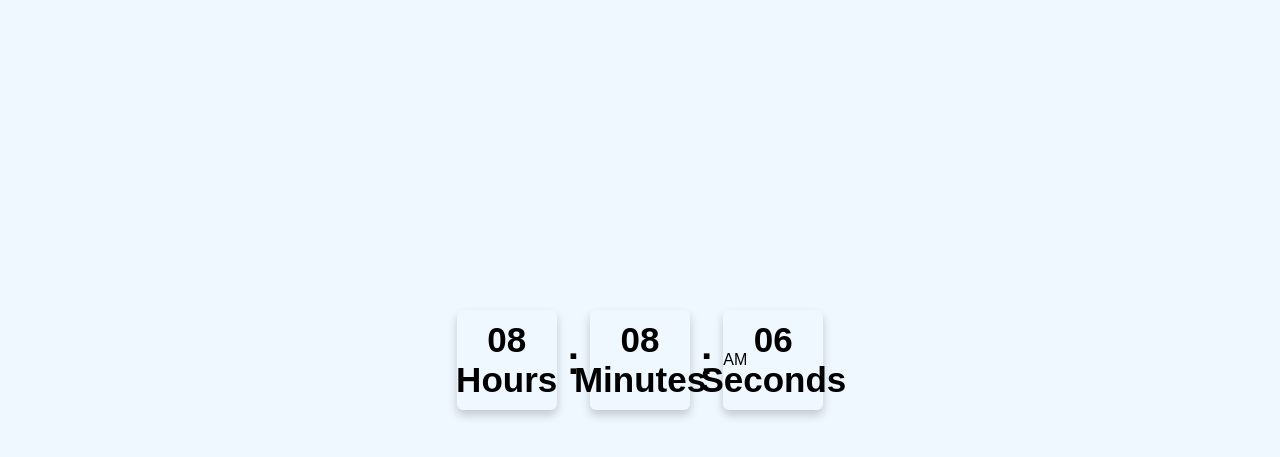
Repository: HueVu99/ComPonents
Page: Dynamic Digital Clock/index.html
These files come from the project's save history. The page is drawn as it stood at one moment and after a run of saves; the edit follows.
The browser window is 1280 px wide. The pictures show the whole page.

Above is the page before, as saved 2022-07-08 16:39:51.

After the next 3 saves:
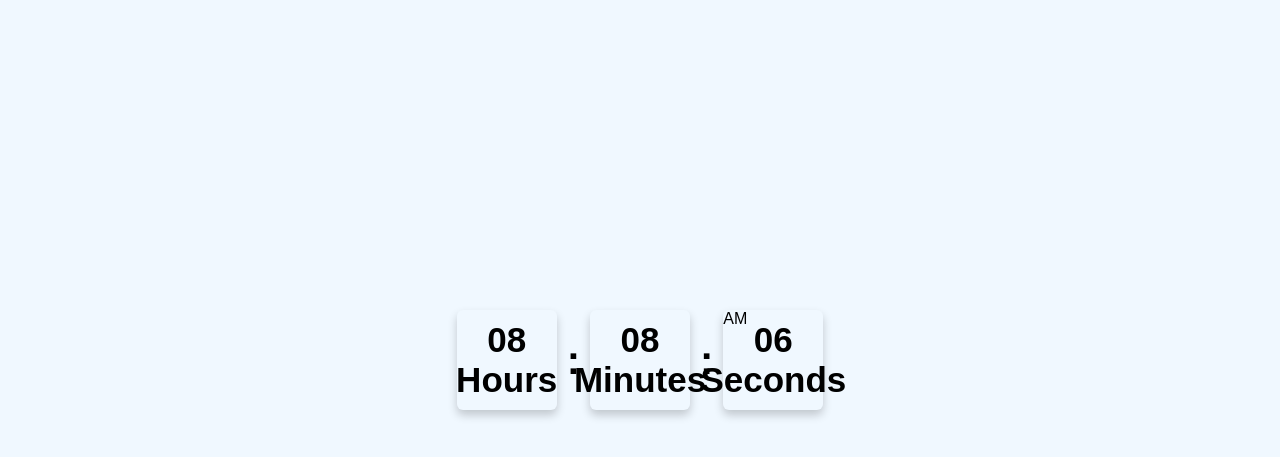
The 3 saves are shown as one change because they came seconds apart.
The last was saved 7 s later.
--- a/Dynamic Digital Clock/style.css
+++ b/Dynamic Digital Clock/style.css
@@ -37,7 +37,8 @@ section .container .time{
 .time .time-colon .am_pm{
     position: relative;
     position: absolute;
-    top: ;
+    top: 0;
+    ri
 }
 .time .time-colon .time-text{
     width: 100px;
